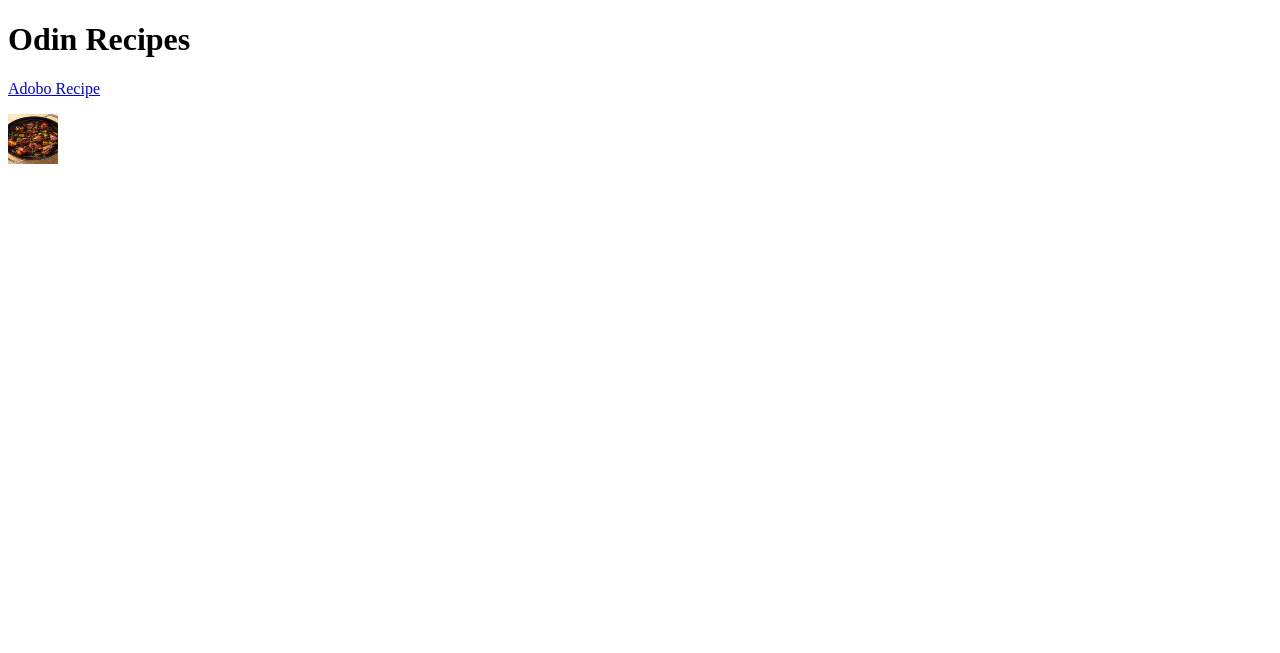
Repository: StevePrado/odin-recipes
Page: index.html
The author's editor kept a copy of each file at every save. The page is drawn from the files as they stood at one save, then again after the next save.
The browser window is 1280 px wide. The pictures show the whole page.

Above is the page before, as saved 2026-09-19 09:11:47.

### index.html
<!DOCTYPE html>
<html lang="en">
<head>
  <meta charset="UTF-8">
  <meta name="viewport" content="width=device-width, initial-scale=1.0">
  <title>Document</title>
</head>
<body>
  <h1>Odin Recipes</h1>
  <a href="recipes/adobo.html">Adobo Recipe</a>
  <p></p>
  <img src="assets/adobo.jpg" alt="Adobo Dish Picture" height="50" width="50">


</body>
</html>

After the next save:
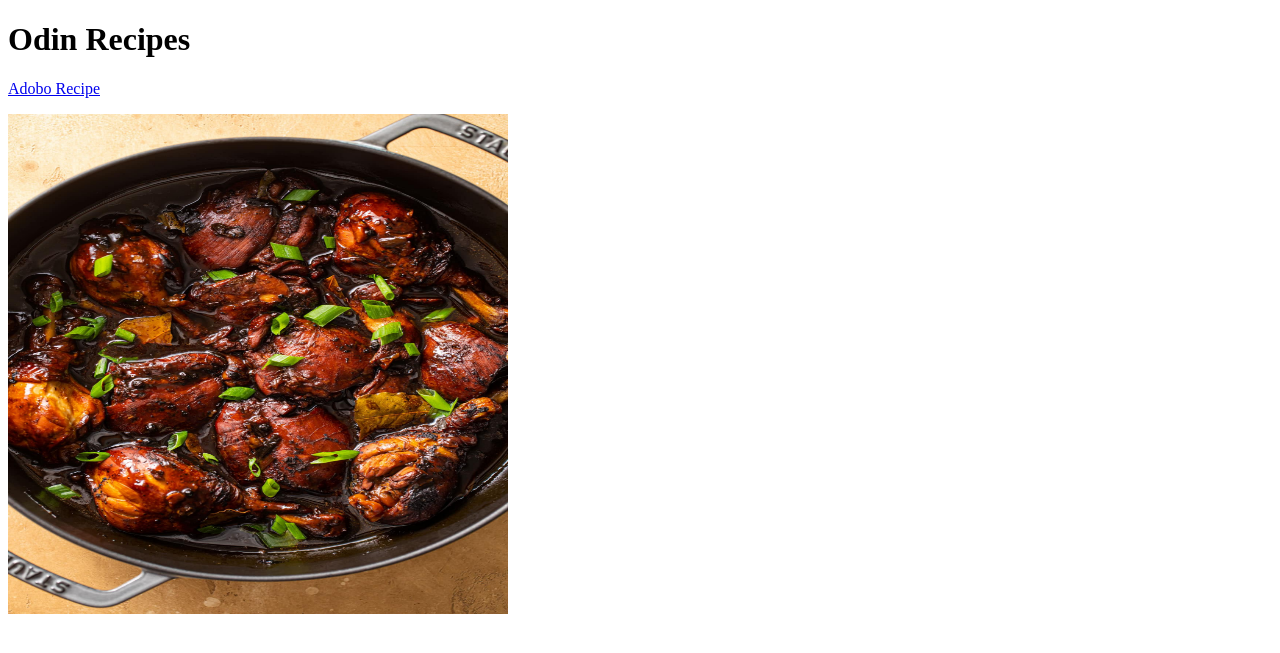
Saved 19 s later.
--- a/index.html
+++ b/index.html
@@ -9,7 +9,7 @@
   <h1>Odin Recipes</h1>
   <a href="recipes/adobo.html">Adobo Recipe</a>
   <p></p>
-  <img src="assets/adobo.jpg" alt="Adobo Dish Picture" height="50" width="50">
+  <img src="assets/adobo.jpg" alt="Adobo Dish Picture" height="500" width="500">
 
 
 </body>
